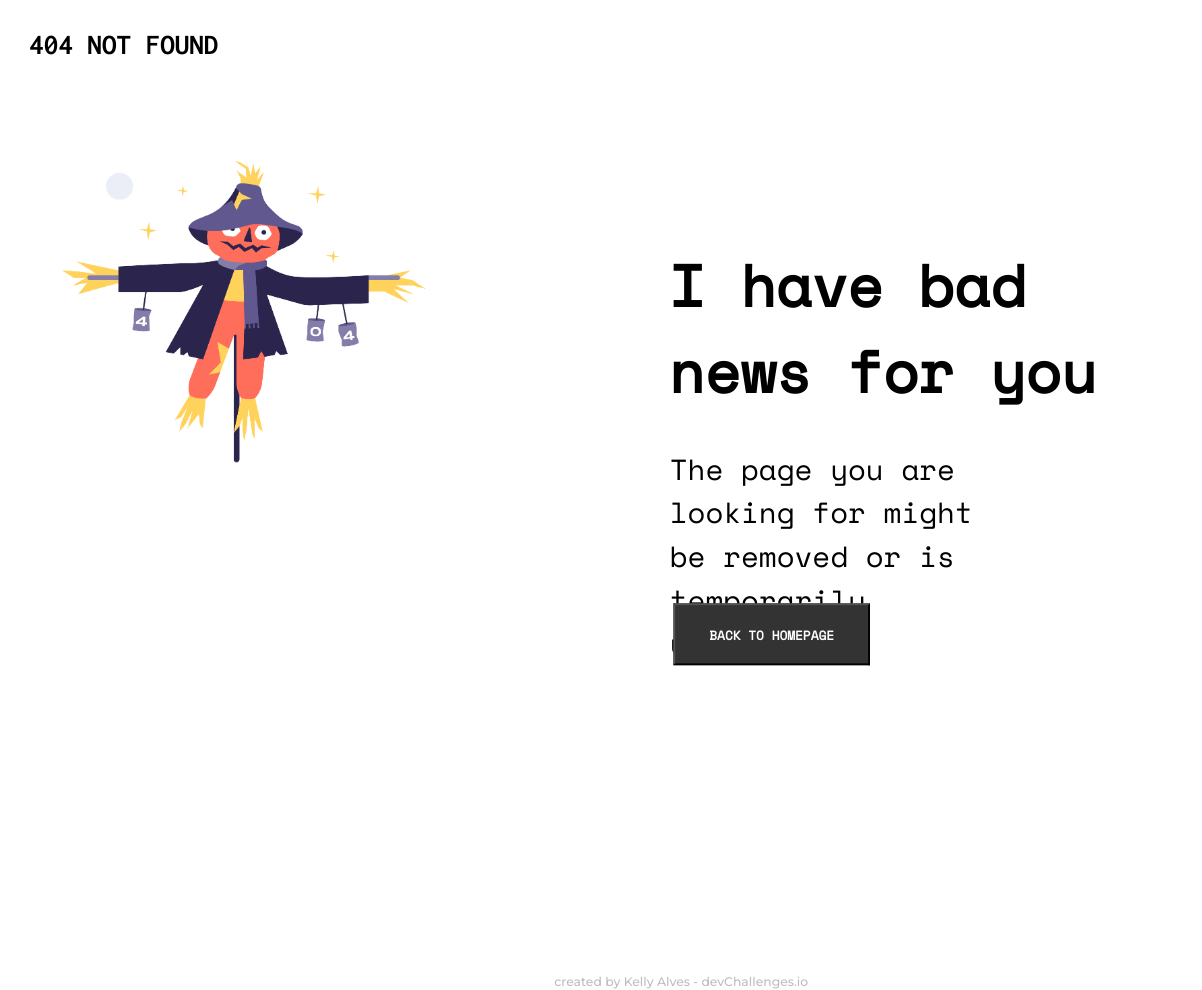
Repository: kellyalves87/404_not_found
Page: index.html
The author's editor kept a copy of each file at every save. The page is drawn from the files as they stood at one save, then again after the next save.
The browser window is 1280 px wide. The page is 1321 px wide, so the pictures cover 1321 px, including what lies to the right of the window. The pictures show the whole page, at 91% of full size.

Above is the page before, as saved 2021-05-16 16:18:16.

### index.html
<!DOCTYPE html>
<html lang="en">

<head>
  <meta charset="utf-8" />
  <meta name="viewport" content="width=device-width, initial-scale=1,
  maximum-scale=5" />
  <link rel="icon" href="./assets/devchallenges.png" />
  <link rel="shortcut icon" type="image/x-icon" href="https://devchallenges.io/" />
  <link rel="preconnect" href="https://fonts.gstatic.com">
<link href="https://fonts.googleapis.com/css2?family=Inconsolata:wght@700&family=Montserrat:wght@500&family=Space+Mono:ital,wght@0,400;1,700&display=swap" rel="stylesheet">
  <link rel="stylesheet" href="./style/index.css">
  <link rel="stylesheet" href="./style/reset.css">
  <title>Devchallenges</title>
</head>

<header class="header">
  <h1>404 not found</h1>
</header>

<body>
  <section class="content">
    <img src="./assets/Scarecrow.png" alt="straw man">
    <h1>I have bad news for you</h1>
    <p>The page you are looking for might be removed or is temporarily unavailable</p>
  </section>
  <div class="button">
    <button type="button">back to homepage</button>
  </div>
    <footer class="footer">
      <a href="https://github.com/kellyalves87">created by Kelly Alves - <a href="https://devchallenges.io/">devChallenges.io</a>
    </footer>
</body>

</html>

### style/index.css
/* Mobile first */
@media only screen and (max-width: 414px) {
  body {
    display: flex;
    flex-direction: column;
  }

  .header h1 {
    font-family: inconsolata, sans-serif;
    font-size: 1rem;
    text-transform: uppercase;
  }

  .content img {
    padding-top: 10px;
    display: flex;
    margin: auto;
    width: 200px;
  }

  .header,
  .content,
  .button,
  .footer {
    margin: 1rem;
  }

  .content h1,
  p,
  button {
    font-family: Space Mono, sans-serif;
  }

  .content h1,
  button {
    font-weight: 700;
  }

  .content h1 {
    font-size: 2.75rem;
    padding-top: 10px;
    padding-bottom: 10px;
  }

  .content p {
    font-size: 1.1rem;
    font-weight: 400;
    padding-top: 10px;
  }

  button {
    color: #ffffff;
    cursor: pointer;
    background-color: #333333;
    font-size: 14px;
    position: fixed;
    padding: 10px 20px;
    text-transform: uppercase;
  }

  .footer {
    font-size: 0.85rem;
    padding-top: 40px;
  }
  .footer a {
    color: #bdbdbd;
    font-family: Montserrat, sans-serif;
    text-decoration: none;
  }
}

/*Desktop*/

.header h1 {
  font-family: Inconsolata, sans-serif;
  font-style: normal;
  font-weight: bold;
  text-transform: uppercase;
}

.content img {
  position: absolute;
  left: 5.35%;
  right: 57.21%;
  top: 24.54%;
  bottom: 34.03%;
  width: 400px;
}

.header,
.content,
.button,
.footer {
  margin: 2rem;
}

.content h1,
p,
button {
  font-family: Space Mono, sans-serif;
}

.content h1,
button {
  font-weight: 700;
}

.content h1 {
  font-size: 4rem;
  width: 586px;
  height: 190px;
  left: 735px;
  top: 265px;
  position: absolute;
}

.content p {
  font-size: 2rem;
  font-weight: 400;
  position: absolute;
  width: 381px;
  height: 108px;
  left: 736px;
  top: 491px;
}

button {
  color: #ffffff;
  cursor: pointer;
  background-color: #333333;
  font-size: 14px;
  position: absolute;
  width: 216px;
  height: 68px;
  left: 740px;
  top: 663px;
  text-transform: uppercase;
}

.footer {
  font-size: 0.85rem;
  position: absolute;
  width: 287px;
  height: 17px;
  left: 577px;
  top: 1039px;
}
.footer a {
  color: #bdbdbd;
  font-family: Montserrat, sans-serif;
  text-decoration: none;
}

Loaded but not shown: style/reset.css (common file)

After the next save:
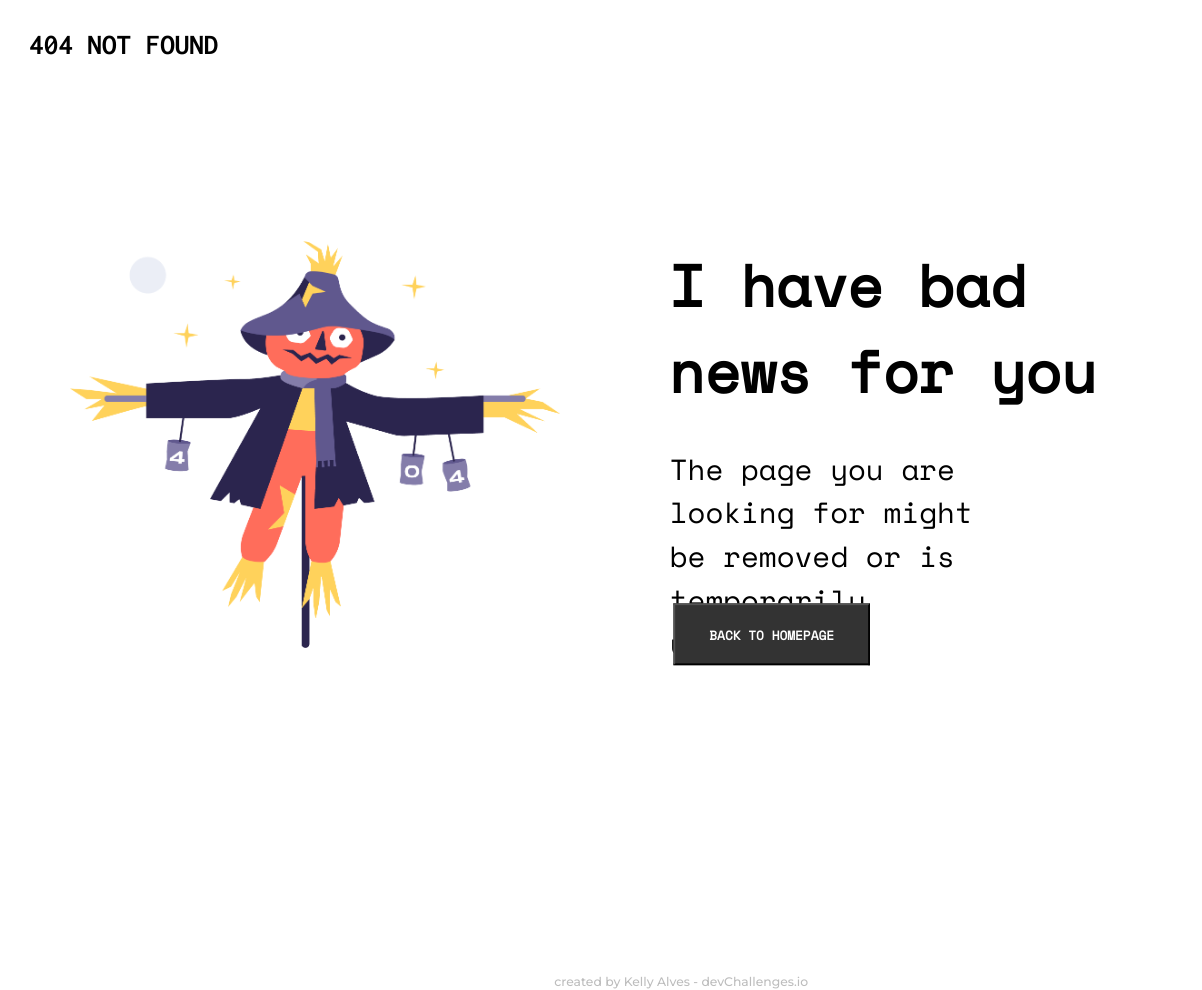
Saved 40 s later.
--- a/style/index.css
+++ b/style/index.css
@@ -80,11 +80,11 @@
 
 .content img {
   position: absolute;
-  left: 5.35%;
-  right: 57.21%;
-  top: 24.54%;
-  bottom: 34.03%;
-  width: 400px;
+  height: 447.4263916015625px;
+  width: 539.2236938476562px;
+  left: 77px;
+  top: 265px;
+  border-radius: 0px;
 }
 
 .header,
